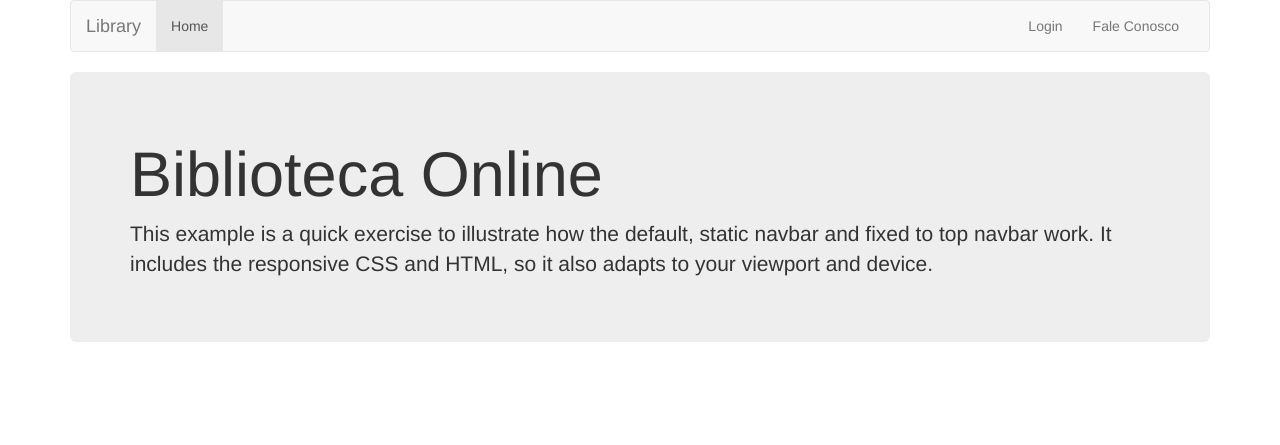
Repository: stefanyco/biblioteca
Page: http://localhost/Biblioteca/home.jsp
The author's editor kept a copy of each file at every save. The page is drawn from the files as they stood at one save, then again after the next save.
The browser window is 1280 px wide. The pictures show the whole page.
The page is served by Tomcat 9. Other server files are loaded and not shown.

Above is the page before, as saved 2016-11-07 23:01:12.

### Sistema Biblioteca/Biblioteca/WebContent/home.jsp
<%@ page language="java" contentType="text/html; charset=ISO-8859-1"
	pageEncoding="ISO-8859-1"%>
<!DOCTYPE html PUBLIC "-//W3C//DTD HTML 4.01 Transitional//EN" "http://www.w3.org/TR/html4/loose.dtd">
<html>
<head>
<meta http-equiv="Content-Type" content="text/html; charset=ISO-8859-1">
<link href="bootstrap.min.css" rel="stylesheet">
<title>Library System</title>
</head>
<body>

	<div class="container">

		<!-- Static navbar -->
		<nav class="navbar navbar-default">
		<div class="container-fluid">
			<div class="navbar-header">
				<a class="navbar-brand" href="#">Library</a>
			</div>
			<div id="navbar" class="navbar-collapse collapse">
				<ul class="nav navbar-nav">
					<li class="active"><a href="#">Home</a></li>
				</ul>
				<ul class="nav navbar-nav navbar-right">
					<li><a href="../navbar-static-top/">Login</a></li>
					<li><a href="contato.jsp">Fale Conosco</a></li>
				</ul>
			</div>
			<!--/.nav-collapse -->
		</div>
		<!--/.container-fluid --> </nav>

		<!-- Main component for a primary marketing message or call to action -->
		<div class="jumbotron">
			<h1>Biblioteca Online</h1>
			<p>This example is a quick exercise to illustrate how the
				default, static navbar and fixed to top navbar work. It includes the
				responsive CSS and HTML, so it also adapts to your viewport and
				device.</p>
		</div>

	</div>
	<!-- /container -->


</body>
</html>

Loaded but not shown: Sistema Biblioteca/Biblioteca/WebContent/bootstrap.min.css (library)

After the next save:
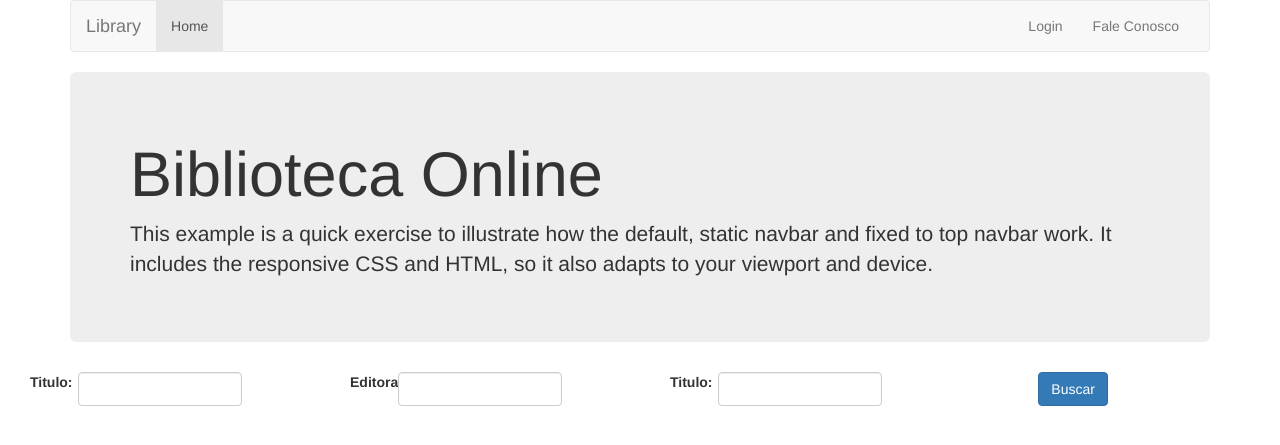
Saved 8 min 45 s later.
--- a/Sistema Biblioteca/Biblioteca/WebContent/home.jsp
+++ b/Sistema Biblioteca/Biblioteca/WebContent/home.jsp
@@ -41,7 +41,55 @@
 
 	</div>
 	<!-- /container -->
+	<div class="col-md-12">
+		<div class="row">
+		<div class="col-xs-6 col-sm-3">
+			<div class="form-group">
+				<label for="titulo" class="col-xs-2 control-label">Titulo:</label>
+				<div class="col-xs-8">
+					<input type="text" class="form-control" name="titulo" required
+						maxlength="50">
+				</div>
+			</div>
+		</div>
+		<div class="col-xs-6 col-sm-3">
+			<div class="form-group">
+				<label for="titulo" class="col-xs-2 control-label">Editora:</label>
+				<div class="col-xs-8">
+					<input type="text" class="form-control" name="titulo" required
+						maxlength="50">
+				</div>
+			</div>
+		</div>
 
+		<div class="clearfix visible-xs-block">
+			<div class="form-group">
+				<label for="titulo" class="col-xs-2 control-label">Titulo:</label>
+				<div class="col-xs-8">
+					<input type="text" class="form-control" name="titulo" required
+						maxlength="50">
+				</div>
+			</div>
+		</div>
+
+		<div class="col-xs-6 col-sm-3">
+			<div class="form-group">
+				<label for="titulo" class="col-xs-2 control-label">Titulo:</label>
+				<div class="col-xs-8">
+					<input type="text" class="form-control" name="titulo" required
+						maxlength="50">
+				</div>
+			</div>
+		</div>
+		<div class="col-xs-6 col-sm-3">
+			<div class="form-group">
+				<div class="col-xs-offset-2 col-xs-10">
+					<button type="submit" class="btn btn-primary">Buscar</button>
+				</div>
+			</div>
+		</div>
+	</div>
+	</div>
 
 </body>
 </html>
